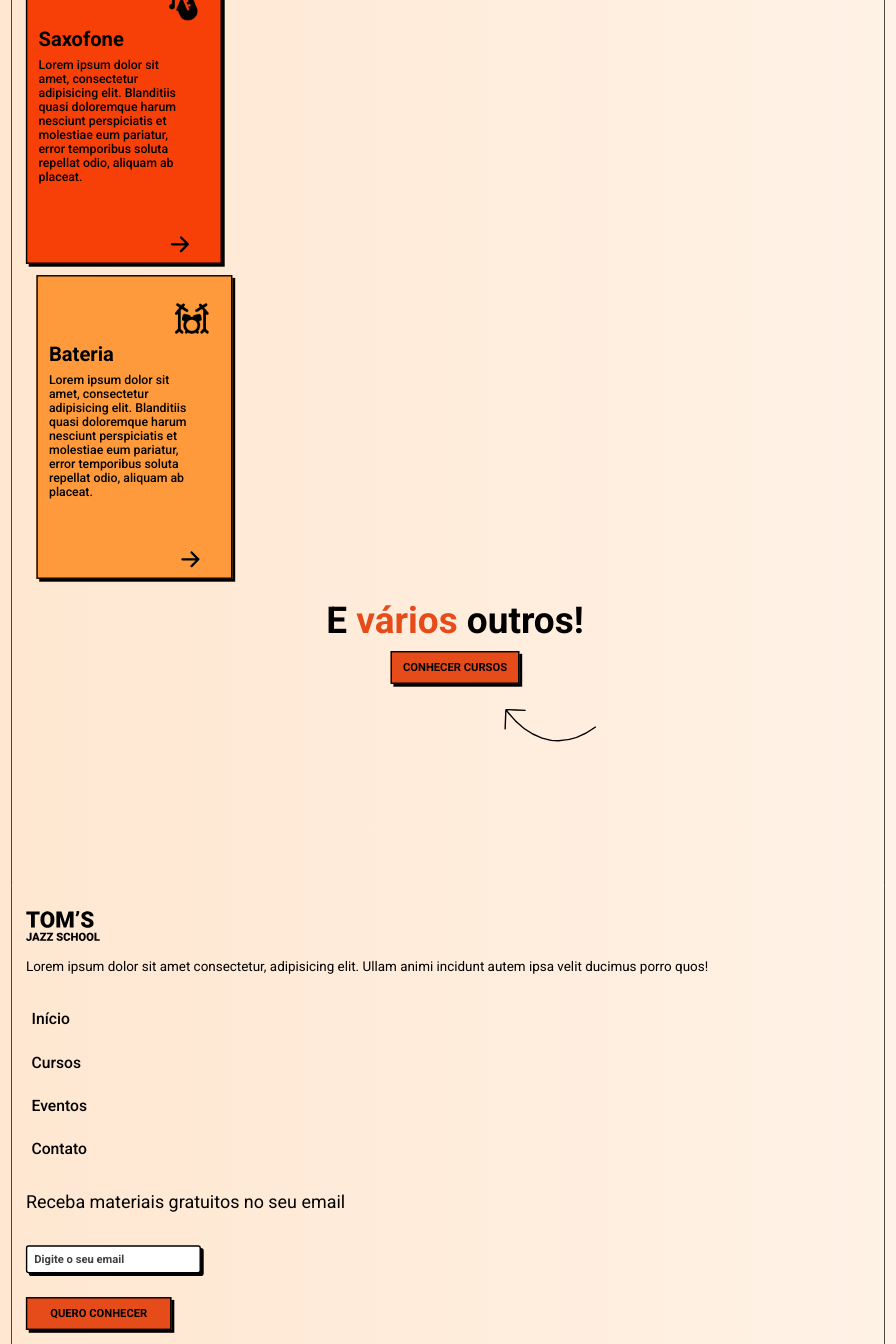
Repository: guilhermecardoso93/obebitecode
Page: index.html
The author's editor kept a copy of each file at every save. The page is drawn from the files as they stood at one save, then again after the next save.
The browser window is 1280 px wide. The pictures show the part of the page from y = 2450 to 4370 px (the page is 4370 px tall before and 4359 px after), at 70% of full size.

Above is the page before, as saved 2023-08-16 20:51:32.

After the next save:
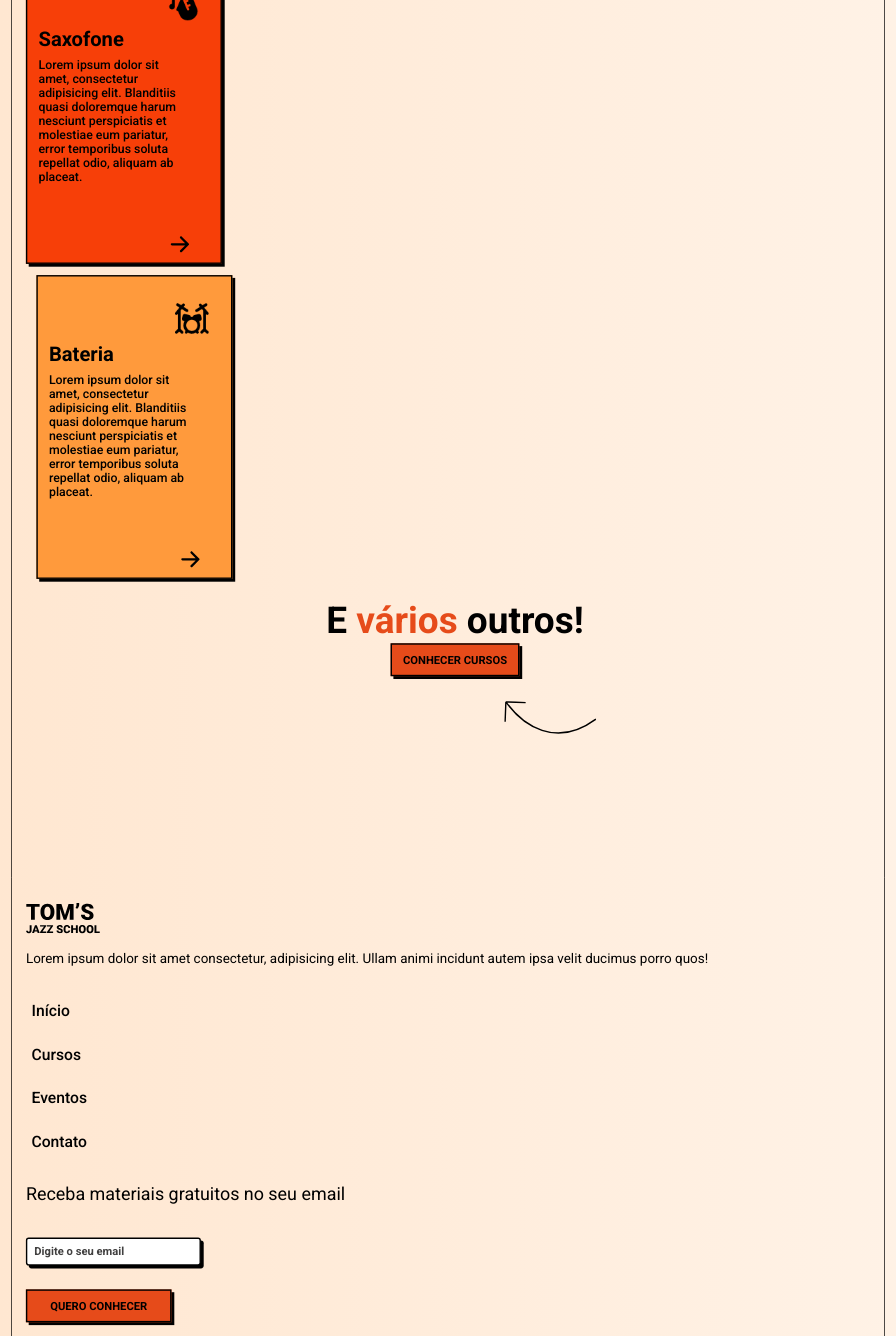
Saved 24 s later.
--- a/css/main.css
+++ b/css/main.css
@@ -104,7 +104,7 @@ h2 {
   display: flex;
   flex-direction: column;
   align-items: center;
-  gap: 15px;
+  gap: 4px;
   font-weight: 900;
   font-size: 2.5rem;
   margin: 2rem 0;
